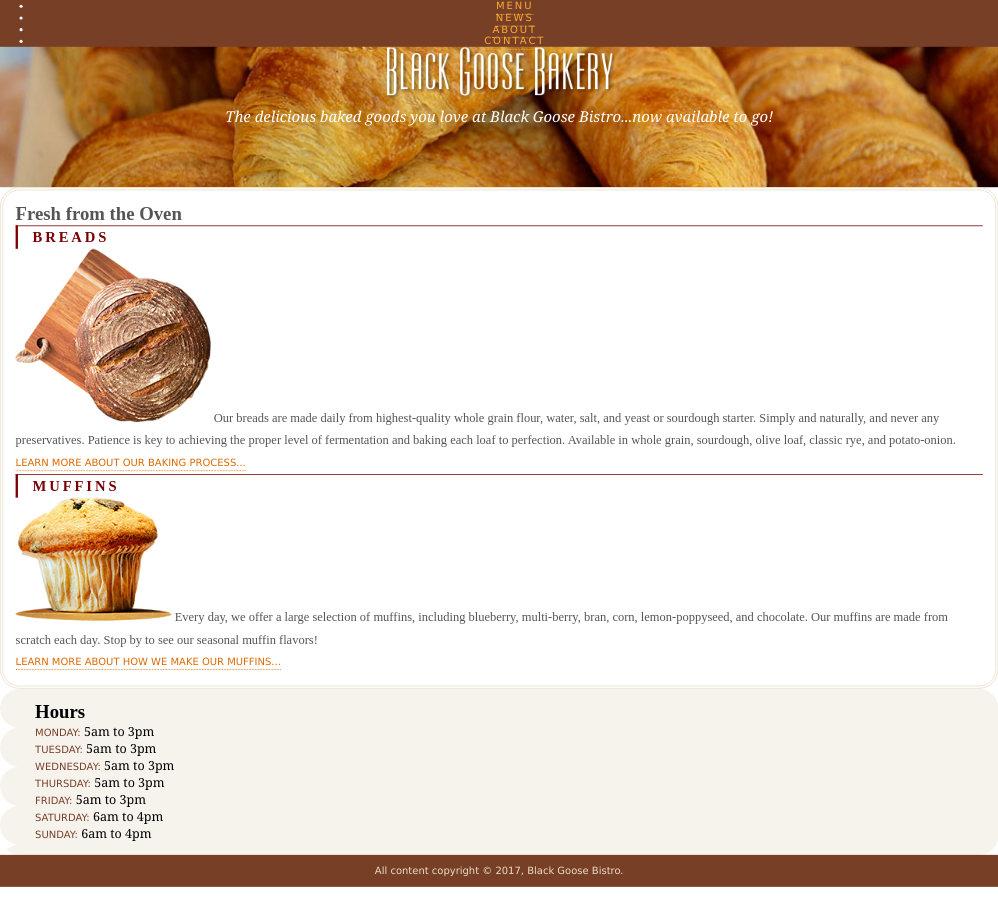
Repository: Colo-Codes/code-practice
Page: 02-css-practice-5.html
These files come from the project's save history. The page is drawn as it stood at one moment and after the next save; the edit follows.
The browser window is 1280 px wide. The pictures show the whole page, at 78% of full size.
Some web fonts or font styles are not loaded; a fallback is used.

Above is the page before, as saved 2021-05-11 12:17:04.

After the next save:
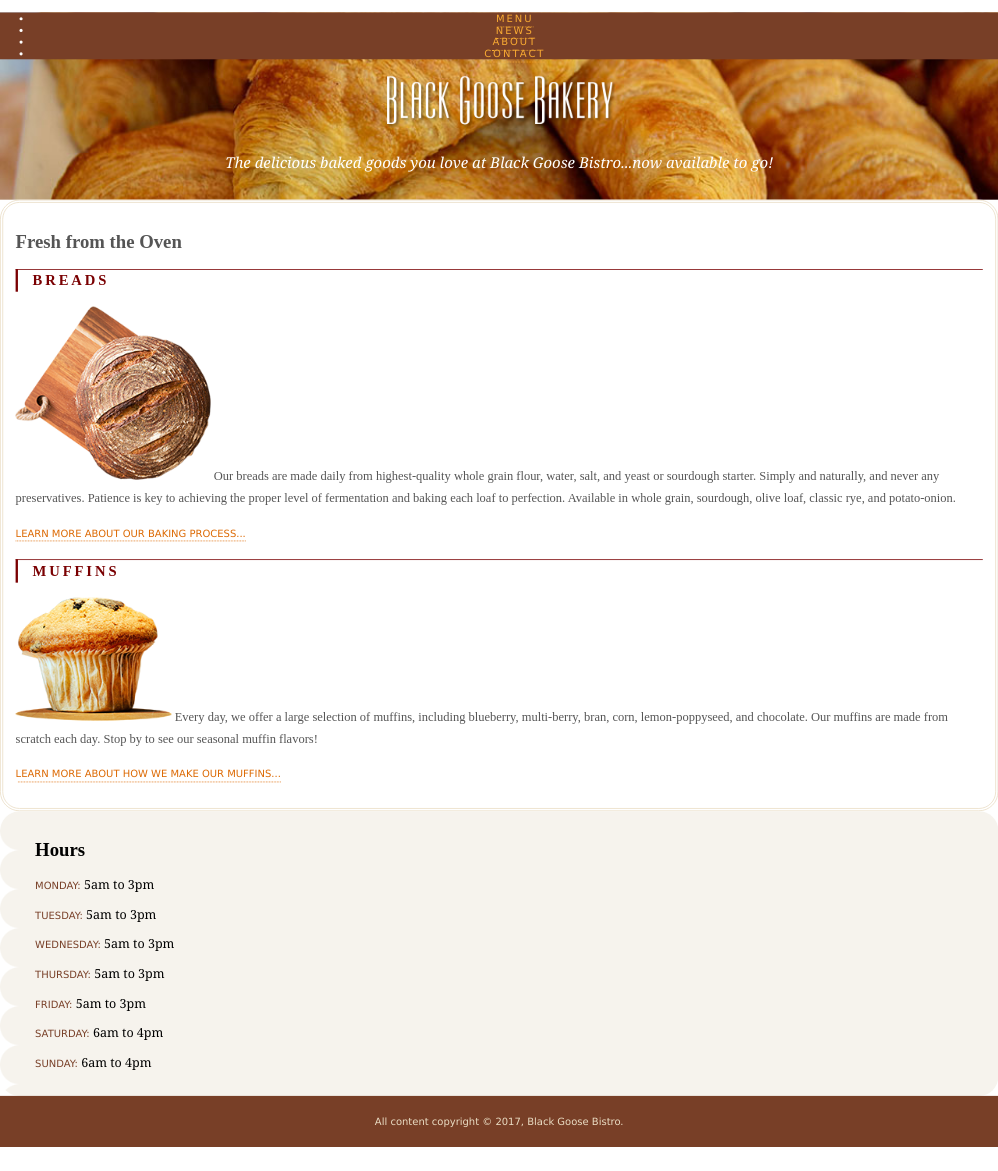
Saved 76 s later.
--- a/css/bakery-styles.css
+++ b/css/bakery-styles.css
@@ -4,7 +4,6 @@ html {
 }
 *, *:before, *:after {
   box-sizing: inherit;
-  margin: 0; /* Reset margins */
   /* Enable to debug */
   /* outline: #f66 dashed 1px; */
 }
@@ -12,6 +11,7 @@ body {
   font-family: Georgia, serif;
   font-size: 100%;
   background-color: white;
+  margin: 0; /* Reset margins */
 }
 
 /* link styles */
